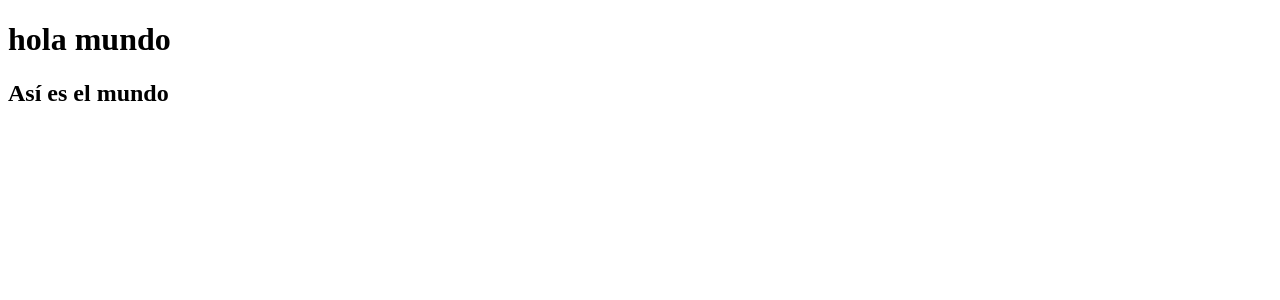
Repository: GersonChacon10/github_practica
Page: index.html
The author's editor kept a copy of each file at every save. The page is drawn from the files as they stood at one save, then again after the next save.
The browser window is 1280 px wide. The pictures show the whole page.

Above is the page before, as saved 2022-11-09 16:48:45.

After the next save:
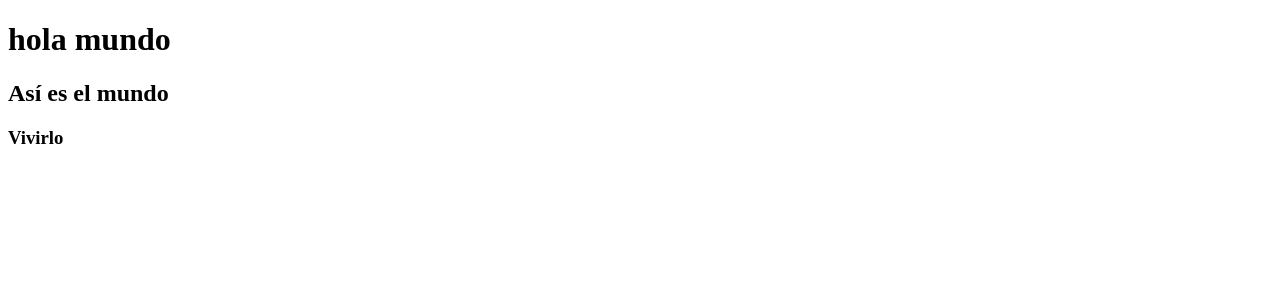
Saved 47 s later.
--- a/index.html
+++ b/index.html
@@ -9,5 +9,6 @@
 <body>
     <h1>hola mundo </h1>
     <h2>Así es el mundo </h2>
+    <h3>Vivirlo</h3>
 </body>
 </html>
